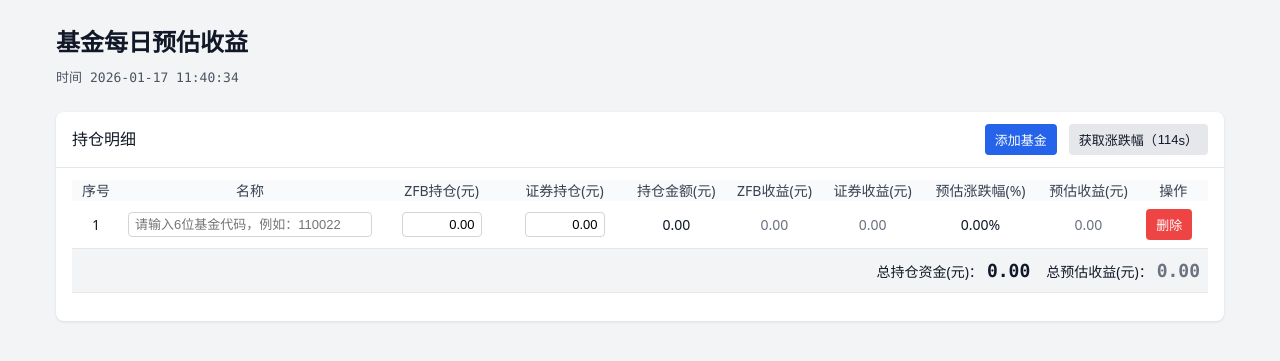
Repository: zt-boom/finance
Page: index.html
The author's editor kept a copy of each file at every save. The page is drawn from the files as they stood at one save, then again after the next save.
The browser window is 1280 px wide. The pictures show the whole page.
The pointer rests on the first visible `.fund-table tbody tr`.

Above is the page before, as saved 2026-01-17 15:03:50.

### index.html
<!DOCTYPE html>
<html lang="zh-CN">
<head>
<meta charset="UTF-8">
<title>基金每日预估收益</title>
<meta name="viewport" content="width=device-width,initial-scale=1">
<link rel="stylesheet" href="./style.css">
</head>
<body>
<div class="app">
<header class="app-header">
<h1>基金每日预估收益</h1>
<div class="date-row">
<span>时间</span>
<span id="current-date"></span>
</div>
</header>
<main class="app-main">
<section class="card">
<div class="card-header">
<h2>持仓明细</h2>
<div class="card-header-actions">
<button id="add-fund-btn" class="primary-button">添加基金</button>
<button id="fetch-percent-btn" class="secondary-button">
获取涨跌幅（<span id="auto-refresh-countdown">120</span>s）
</button>
</div>
</div>
<div class="card-body">
<div class="table-wrapper">
<table class="fund-table">
<thead>
<tr>
<th class="index-col">序号</th>
<th>名称</th>
<th>ZFB持仓(元)</th>
<th>证券持仓(元)</th>
<th>持仓金额(元)</th>
<th>ZFB收益(元)</th>
<th>证券收益(元)</th>
<th>预估涨跌幅(%)</th>
<th>预估收益(元)</th>
<th>操作</th>
</tr>
</thead>
<tbody id="fund-table-body"></tbody>
<tfoot>
<tr class="summary-row">
<td colspan="10">
<div class="summary-items">
<div class="summary-left">
<span>总持仓资金(元)：<strong id="total-amount">0.00</strong></span>
<span>总预估收益(元)：<strong id="total-profit">0.00</strong></span>
</div>
</div>
</td>
</tr>
</tfoot>
</table>
</div>
</div>
</section>
</main>
</div>
<script src="./main.js"></script>
</body>
</html>

### style.css
* {
box-sizing: border-box;
margin: 0;
padding: 0;
}

body {
font-family: system-ui, -apple-system, BlinkMacSystemFont, "Segoe UI", sans-serif;
background-color: #f3f4f6;
color: #111827;
line-height: 1.5;
}

.app {
max-width: 1200px;
margin: 0 auto;
padding: 24px 16px 40px;
}

.app-header {
display: flex;
flex-direction: column;
gap: 8px;
margin-bottom: 24px;
}

.app-header h1 {
font-size: 24px;
font-weight: 600;
color: #111827;
}

.date-row {
display: flex;
gap: 8px;
align-items: center;
font-size: 13px;
color: #4b5563;
}

.date-row span:last-child {
font-family: ui-monospace, SFMono-Regular, Menlo, Monaco, Consolas, "Liberation Mono", "Courier New", monospace;
font-variant-numeric: tabular-nums;
}

.app-main {
display: flex;
flex-direction: column;
gap: 16px;
}

.card {
background-color: #ffffff;
border-radius: 8px;
box-shadow: 0 1px 3px rgba(15, 23, 42, 0.1);
overflow: hidden;
}

.card-header {
display: flex;
justify-content: space-between;
align-items: center;
padding: 12px 16px;
border-bottom: 1px solid #e5e7eb;
}

.card-header h2 {
font-size: 16px;
font-weight: 500;
}

.card-header-actions {
display: flex;
align-items: center;
gap: 12px;
}

.card-body {
padding: 12px 16px 16px;
}

.table-wrapper {
overflow-x: auto;
margin-bottom: 12px;
}

.fund-table {
width: 100%;
border-collapse: collapse;
font-size: 14px;
}

.fund-table td {
border-bottom: 1px solid #e5e7eb;
padding: 8px;
text-align: left;
}

.fund-table th.index-col,
.fund-table td[data-role="row-index"] {
width: 48px;
text-align: center;
}

.fund-table td:nth-child(3),
.fund-table td:nth-child(4),
.fund-table td:nth-child(5),
.fund-table td:nth-child(6),
.fund-table td:nth-child(7),
.fund-table td:nth-child(8),
.fund-table td:nth-child(9) {
text-align: center;
white-space: nowrap;
}

.fund-table thead {
background-color: #f9fafb;
}

.fund-table th {
font-weight: 500;
color: #374151;
text-align: center;
}

.fund-table tbody tr:nth-child(even) {
background-color: #f9fafb;
}

.fund-table input {
width: 100%;
padding: 4px 6px;
font-size: 13px;
border-radius: 4px;
border: 1px solid #d1d5db;
outline: none;
text-align: right;
}

.fund-table input.narrow-number-input {
width: 80px;
margin: 0 auto;
}

.fund-table td:nth-child(2) input {
text-align: left;
}

.fund-table th:nth-child(2),
.fund-table td:nth-child(2) {
width: 260px;
}

.fund-table th:nth-child(10),
.fund-table td:nth-child(10) {
padding-left: 0;
text-align: center;
}

.fund-table input[type="number"]::-webkit-outer-spin-button,
.fund-table input[type="number"]::-webkit-inner-spin-button {
-webkit-appearance: none;
margin: 0;
}

.fund-table input[type="number"] {
-moz-appearance: textfield;
}

.fund-table input:focus {
border-color: #2563eb;
box-shadow: 0 0 0 1px rgba(37, 99, 235, 0.2);
}

.value-positive {
color: #ef4444;
}

.value-negative {
color: #10b981;
}

.value-zero {
color: #6b7280;
}

.summary-row td {
font-weight: 600;
color: #111827;
background-color: #f3f4f6;
}

.summary-items {
display: flex;
flex-wrap: wrap;
gap: 4px 16px;
justify-content: flex-end;
align-items: center;
}

#auto-refresh-countdown {
display: inline-block;
width: 3ch;
text-align: right;
}

.summary-items span {
font-weight: 500;
white-space: nowrap;
}

.summary-left {
display: flex;
flex-wrap: wrap;
gap: 4px 16px;
align-items: center;
}

.summary-items span strong {
font-size: 18px;
margin-left: 4px;
font-family: ui-monospace, SFMono-Regular, Menlo, Monaco, Consolas, "Liberation Mono", "Courier New", monospace;
}

#total-amount {
color: #111827;
}

.primary-button,
.secondary-button,
.danger-button {
border-radius: 4px;
border: none;
cursor: pointer;
font-size: 13px;
padding: 6px 10px;
display: flex;
align-items: center;
justify-content: center;
}

.primary-button {
background-color: #2563eb;
color: #ffffff;
}

.primary-button:hover {
background-color: #1d4ed8;
}

.secondary-button {
background-color: #e5e7eb;
color: #111827;
}

.secondary-button:hover {
background-color: #d1d5db;
}

.danger-button {
background-color: #ef4444;
color: #ffffff;
margin: 0 auto;
}

.danger-button:hover {
background-color: #dc2626;
}

.actions-row {
display: none;
}

.instructions {
font-size: 13px;
color: #4b5563;
}

.instructions ol {
padding-left: 18px;
display: flex;
flex-direction: column;
gap: 4px;
}

@media (max-width: 640px) {
.app {
padding-inline: 12px;
}
.card-header {
flex-direction: column;
gap: 8px;
align-items: flex-start;
}
}

### main.js
const STORAGE_KEY = "fund_holdings_v1";

function formatCurrency(value) {
if (Number.isNaN(value)) return "0.00";
return value.toFixed(2);
}

function formatNumber(value) {
if (Number.isNaN(value)) return "";
return value.toFixed(2);
}

function getTodayDateString() {
const now = new Date();
const year = String(now.getFullYear());
const month = String(now.getMonth() + 1).padStart(2, "0");
const day = String(now.getDate()).padStart(2, "0");
const hours = String(now.getHours()).padStart(2, "0");
const minutes = String(now.getMinutes()).padStart(2, "0");
const seconds = String(now.getSeconds()).padStart(2, "0");
return `${year}-${month}-${day} ${hours}:${minutes}:${seconds}`;
}

const fundJsonpRequests = [];

function ensureJsonpHandler() {
if (window._fundJsonpInitialized) {
return;
}
window._fundJsonpInitialized = true;
window.jsonpgz = function (data) {
if (!data || !data.fundcode) {
return;
}
const code = data.fundcode;
while (true) {
let index = -1;
for (let i = 0; i < fundJsonpRequests.length; i += 1) {
if (fundJsonpRequests[i].code === code) {
index = i;
break;
}
}
if (index === -1) {
break;
}
const request = fundJsonpRequests.splice(index, 1)[0];
try {
const value = request.transform ? request.transform(data) : data;
request.resolve(value);
} catch (e) {
if (request.reject) {
if (e instanceof Error) {
request.reject(e);
} else {
request.reject(new Error("解析基金数据失败"));
}
}
}
}
};
}

function fetchFundEstimate(code) {
return new Promise((resolve, reject) => {
if (!code) {
reject(new Error("缺少基金代码"));
return;
}
ensureJsonpHandler();
fundJsonpRequests.push({
code,
resolve,
reject,
transform: data => {
const percent = parseFloat(data.gszzl);
if (Number.isNaN(percent)) {
throw new Error("无效的涨跌幅数据");
}
return percent;
}
});
const script = document.createElement("script");
script.src = `https://fundgz.1234567.com.cn/js/${code}.js?rt=${Date.now()}`;
script.onerror = () => {
for (let i = 0; i < fundJsonpRequests.length; i += 1) {
if (fundJsonpRequests[i].code === code) {
const request = fundJsonpRequests.splice(i, 1)[0];
request.reject(new Error("获取基金数据失败"));
break;
}
}
};
document.body.appendChild(script);
});
}

function fetchFundInfo(code) {
return new Promise((resolve, reject) => {
if (!code) {
reject(new Error("缺少基金代码"));
return;
}
ensureJsonpHandler();
fundJsonpRequests.push({
code,
resolve,
reject,
transform: data => data
});
const script = document.createElement("script");
script.src = `https://fundgz.1234567.com.cn/js/${code}.js?rt=${Date.now()}`;
script.onerror = () => {
for (let i = 0; i < fundJsonpRequests.length; i += 1) {
if (fundJsonpRequests[i].code === code) {
const request = fundJsonpRequests.splice(i, 1)[0];
request.reject(new Error("获取基金数据失败"));
break;
}
}
};
document.body.appendChild(script);
});
}

function parseFundCodeFromName(name) {
if (!name) return null;
const match = name.match(/(\d{6})/);
if (!match) {
return null;
}
return match[1];
}

function loadHoldingsFromStorage() {
try {
const raw = window.localStorage.getItem(STORAGE_KEY);
if (!raw) return [];
const parsed = JSON.parse(raw);
if (!Array.isArray(parsed)) return [];
return parsed;
} catch (e) {
return [];
}
}

function saveHoldingsToStorage(holdings) {
try {
const serialized = JSON.stringify(holdings);
window.localStorage.setItem(STORAGE_KEY, serialized);
} catch (e) {
}
}

function createTableRow(fund) {
const tr = document.createElement("tr");
const indexTd = document.createElement("td");
const nameTd = document.createElement("td");
const zfbAmountTd = document.createElement("td");
const stockAmountTd = document.createElement("td");
const amountTd = document.createElement("td");
const zfbProfitTd = document.createElement("td");
const stockProfitTd = document.createElement("td");
const percentTd = document.createElement("td");
const profitTd = document.createElement("td");
const actionsTd = document.createElement("td");
const nameInput = document.createElement("input");
nameInput.type = "text";
nameInput.value = fund.name || "";
nameInput.placeholder = "请输入6位基金代码，例如：110022";
nameInput.addEventListener("change", handleStorageUpdate);
nameInput.addEventListener("keydown", event => {
if (event.key === "Enter") {
event.preventDefault();
const raw = nameInput.value.trim();
const code = parseFundCodeFromName(raw);
if (!code) {
window.alert("请先输入6位基金代码");
return;
}
const rows = document.querySelectorAll('tr[data-role="fund-row"]');
let duplicate = false;
rows.forEach(row => {
const inputs = row.querySelectorAll("input");
const otherNameInput = inputs[0];
if (!otherNameInput || otherNameInput === nameInput) {
return;
}
const otherCode = parseFundCodeFromName(otherNameInput.value.trim());
if (otherCode && otherCode === code) {
duplicate = true;
}
});
if (duplicate) {
window.alert("该基金代码已存在，请不要重复添加");
return;
}
nameInput.disabled = true;
fetchFundInfo(code).then(data => {
nameInput.disabled = false;
if (!data || !data.name) {
window.alert("未能获取基金名称，请检查基金代码");
return;
}
nameInput.value = `${code}  ${data.name}`;
handleStorageUpdate();
}).catch(() => {
nameInput.disabled = false;
window.alert("未能获取基金名称，请检查基金代码或网络连接");
});
}
});
const zfbInput = document.createElement("input");
zfbInput.type = "number";
zfbInput.step = "0.01";
zfbInput.min = "0";
zfbInput.value = fund.zfbAmount != null ? formatCurrency(Number(fund.zfbAmount)) : "0.00";
zfbInput.addEventListener("blur", () => {
const value = parseFloat(zfbInput.value);
const normalized = Number.isNaN(value) ? 0 : value;
zfbInput.value = formatCurrency(normalized);
});
zfbInput.addEventListener("input", () => {
calculateProfit();
});
zfbInput.addEventListener("change", () => {
handleStorageUpdate();
calculateProfit();
});
zfbInput.className = "narrow-number-input";
const stockInput = document.createElement("input");
stockInput.type = "number";
stockInput.step = "0.01";
stockInput.min = "0";
stockInput.value = fund.stockAmount != null ? formatCurrency(Number(fund.stockAmount)) : "0.00";
stockInput.addEventListener("blur", () => {
const value = parseFloat(stockInput.value);
const normalized = Number.isNaN(value) ? 0 : value;
stockInput.value = formatCurrency(normalized);
});
stockInput.addEventListener("input", () => {
calculateProfit();
});
stockInput.addEventListener("change", () => {
handleStorageUpdate();
calculateProfit();
});
stockInput.className = "narrow-number-input";
const amountSpan = document.createElement("span");
amountSpan.dataset.role = "amount-display";
amountSpan.textContent = "0.00";
const zfbProfitSpan = document.createElement("span");
zfbProfitSpan.textContent = "0.00";
const stockProfitSpan = document.createElement("span");
stockProfitSpan.textContent = "0.00";
const percentSpan = document.createElement("span");
percentSpan.textContent = "0.00%";
const profitSpan = document.createElement("span");
profitSpan.textContent = "0.00";
const deleteButton = document.createElement("button");
deleteButton.textContent = "删除";
deleteButton.className = "danger-button";
deleteButton.addEventListener("click", () => {
const inputs = tr.querySelectorAll("input");
const nameValue = inputs[0] ? inputs[0].value.trim() : "";
const zfbValue = inputs[1] ? inputs[1].value.trim() : "";
const stockValue = inputs[2] ? inputs[2].value.trim() : "";
const isEmptyRow = !nameValue && !zfbValue && !stockValue;
if (!isEmptyRow) {
const confirmed = window.confirm("确定要删除这条持仓记录吗？");
if (!confirmed) {
return;
}
}
tr.remove();
handleStorageUpdate();
calculateProfit();
updateRowIndices();
});
indexTd.dataset.role = "row-index";
zfbProfitTd.dataset.role = "zfb-profit-cell";
stockProfitTd.dataset.role = "stock-profit-cell";
percentTd.dataset.role = "percent-cell";
profitTd.dataset.role = "profit-cell";
nameTd.appendChild(nameInput);
zfbAmountTd.appendChild(zfbInput);
stockAmountTd.appendChild(stockInput);
amountTd.appendChild(amountSpan);
zfbProfitTd.appendChild(zfbProfitSpan);
stockProfitTd.appendChild(stockProfitSpan);
percentTd.appendChild(percentSpan);
profitTd.appendChild(profitSpan);
actionsTd.appendChild(deleteButton);
tr.appendChild(indexTd);
tr.appendChild(nameTd);
tr.appendChild(zfbAmountTd);
tr.appendChild(stockAmountTd);
tr.appendChild(amountTd);
tr.appendChild(zfbProfitTd);
tr.appendChild(stockProfitTd);
tr.appendChild(percentTd);
tr.appendChild(profitTd);
tr.appendChild(actionsTd);
tr.dataset.role = "fund-row";
return tr;
}

function readHoldingsFromTable() {
const rows = document.querySelectorAll('tr[data-role="fund-row"]');
const holdings = [];
rows.forEach(row => {
const inputs = row.querySelectorAll("input");
const nameInput = inputs[0];
const zfbInput = inputs[1];
const stockInput = inputs[2];
const name = nameInput.value.trim();
const zfbAmount = parseFloat(zfbInput.value);
const stockAmount = parseFloat(stockInput.value);
const hasZfb = !Number.isNaN(zfbAmount) && zfbAmount > 0;
const hasStock = !Number.isNaN(stockAmount) && stockAmount > 0;
if (!name && !hasZfb && !hasStock) {
return;
}
holdings.push({
name,
zfbAmount: hasZfb ? zfbAmount : 0,
stockAmount: hasStock ? stockAmount : 0
});
});
return holdings;
}

function handleStorageUpdate() {
const holdings = readHoldingsFromTable();
saveHoldingsToStorage(holdings);
}

function populateTableFromStorage() {
const tbody = document.getElementById("fund-table-body");
tbody.innerHTML = "";
const holdings = loadHoldingsFromStorage();
if (holdings.length === 0) {
const row = createTableRow({ name: "", zfbAmount: null, stockAmount: null });
tbody.appendChild(row);
updateRowIndices();
calculateProfit();
return;
}
holdings.forEach(fund => {
const row = createTableRow({
name: fund.name || "",
zfbAmount: fund.zfbAmount != null ? fund.zfbAmount : null,
stockAmount: fund.stockAmount != null ? fund.stockAmount : null
});
tbody.appendChild(row);
});
updateRowIndices();
calculateProfit();
}

function calculateProfit() {
const rows = document.querySelectorAll('tr[data-role="fund-row"]');
let totalProfit = 0;
let totalHoldingAmount = 0;
rows.forEach(row => {
const inputs = row.querySelectorAll("input");
const zfbInput = inputs[1];
const stockInput = inputs[2];
const amountSpan = row.querySelector('span[data-role="amount-display"]');
const percentCell = row.querySelector('td[data-role="percent-cell"] span');
const profitCell = row.querySelector('td[data-role="profit-cell"] span');
const zfbProfitCell = row.querySelector('td[data-role="zfb-profit-cell"] span');
const stockProfitCell = row.querySelector('td[data-role="stock-profit-cell"] span');
const zfbAmount = zfbInput ? parseFloat(zfbInput.value) : NaN;
const stockAmount = stockInput ? parseFloat(stockInput.value) : NaN;
const normalizedZfb = Number.isNaN(zfbAmount) ? 0 : zfbAmount;
const normalizedStock = Number.isNaN(stockAmount) ? 0 : stockAmount;
const amount = normalizedZfb + normalizedStock;
const percent = percentCell ? parseFloat(percentCell.textContent) : NaN;
if (amountSpan) {
amountSpan.textContent = formatCurrency(amount);
}
if (amount > 0) {
totalHoldingAmount += amount;
}
if (amount <= 0 || Number.isNaN(percent)) {
if (zfbProfitCell) {
zfbProfitCell.textContent = "0.00";
applyProfitColor(zfbProfitCell, 0);
}
if (stockProfitCell) {
stockProfitCell.textContent = "0.00";
applyProfitColor(stockProfitCell, 0);
}
if (profitCell) {
profitCell.textContent = "0.00";
applyProfitColor(profitCell, 0);
}
return;
}
const zfbProfit = normalizedZfb * percent / 100;
const stockProfit = normalizedStock * percent / 100;
const profit = zfbProfit + stockProfit;
totalProfit += profit;
if (zfbProfitCell) {
zfbProfitCell.textContent = formatCurrency(zfbProfit);
applyProfitColor(zfbProfitCell, zfbProfit);
}
if (stockProfitCell) {
stockProfitCell.textContent = formatCurrency(stockProfit);
applyProfitColor(stockProfitCell, stockProfit);
}
if (profitCell) {
profitCell.textContent = formatCurrency(profit);
applyProfitColor(profitCell, profit);
}
});
const totalAmountElement = document.getElementById("total-amount");
if (totalAmountElement) {
totalAmountElement.textContent = formatCurrency(totalHoldingAmount);
}
const totalProfitElement = document.getElementById("total-profit");
totalProfitElement.textContent = formatCurrency(totalProfit);
applyProfitColor(totalProfitElement, totalProfit);
}

function autoFetchPercentages(options) {
const useButton = !options || options.useButton !== false;
const showAlert = !options || options.showAlert !== false;
const rows = document.querySelectorAll('tr[data-role="fund-row"]');
const promises = [];
rows.forEach(row => {
const inputs = row.querySelectorAll("input");
const nameInput = inputs[0];
const name = nameInput ? nameInput.value.trim() : "";
const code = parseFundCodeFromName(name);
if (!code) {
return;
}
const percentCell = row.querySelector('td[data-role="percent-cell"] span');
if (!percentCell) {
return;
}
const promise = fetchFundEstimate(code).then(percent => {
const value = formatNumber(percent);
percentCell.textContent = `${value}%`;
return true;
}).catch(() => false);
promises.push(promise);
});
if (promises.length === 0) {
if (showAlert) {
window.alert("请先在名称中输入包含6位基金代码的内容");
}
return;
}
const fetchButton = useButton ? document.getElementById("fetch-percent-btn") : null;
if (fetchButton) {
fetchButton.disabled = true;
}
Promise.all(promises).then(results => {
const successCount = results.filter(Boolean).length;
if (fetchButton) {
fetchButton.disabled = false;
}
if (successCount === 0) {
if (showAlert) {
window.alert("未能获取任何基金的预估涨跌幅，请检查基金代码或网络连接");
}
return;
}
calculateProfit();
});
}

function applyProfitColor(element, value) {
if (!element) {
return;
}
element.classList.remove("value-positive", "value-negative", "value-zero");
if (Number.isNaN(value)) {
return;
}
if (value > 0) {
element.classList.add("value-positive");
} else if (value < 0) {
element.classList.add("value-negative");
} else {
element.classList.add("value-zero");
}
}

function initApp() {
const dateElement = document.getElementById("current-date");
if (dateElement) {
dateElement.textContent = getTodayDateString();
}
populateTableFromStorage();
const addFundButton = document.getElementById("add-fund-btn");
const fetchPercentButton = document.getElementById("fetch-percent-btn");
const countdownElement = document.getElementById("auto-refresh-countdown");
const autoRefreshSeconds = 120;
let remainingSeconds = autoRefreshSeconds;
function updateCountdown() {
if (countdownElement) {
countdownElement.textContent = String(remainingSeconds);
}
}
function resetCountdown() {
remainingSeconds = autoRefreshSeconds;
updateCountdown();
}
updateCountdown();
if (addFundButton) {
addFundButton.addEventListener("click", () => {
const tbody = document.getElementById("fund-table-body");
const row = createTableRow({ name: "", amount: null });
tbody.appendChild(row);
updateRowIndices();
});
}
if (fetchPercentButton) {
fetchPercentButton.addEventListener("click", () => {
autoFetchPercentages({ useButton: true, showAlert: true });
resetCountdown();
});
}
if (dateElement) {
setInterval(() => {
dateElement.textContent = getTodayDateString();
}, 1000);
}
setInterval(() => {
remainingSeconds -= 1;
if (remainingSeconds <= 0) {
autoFetchPercentages({ useButton: false, showAlert: false });
remainingSeconds = autoRefreshSeconds;
}
updateCountdown();
}, 1000);
}

function updateRowIndices() {
const rows = document.querySelectorAll('tr[data-role="fund-row"]');
rows.forEach((row, index) => {
const indexCell = row.querySelector('td[data-role="row-index"]');
if (indexCell) {
indexCell.textContent = String(index + 1);
}
});
}

if (document.readyState === "loading") {
document.addEventListener("DOMContentLoaded", initApp);
} else {
initApp();
}

After the next save:
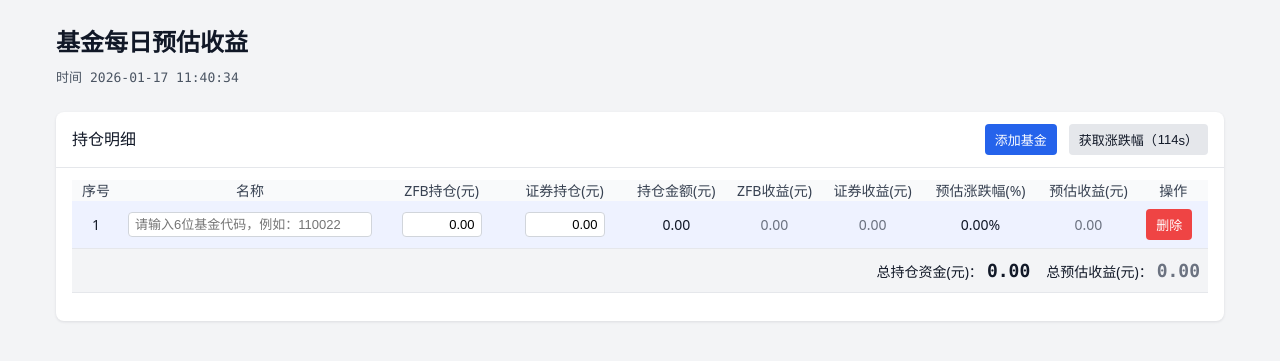
Saved 3 min 16 s later.
--- a/style.css
+++ b/style.css
@@ -127,6 +127,10 @@ text-align: center;
 background-color: #f9fafb;
 }
 
+.fund-table tbody tr:hover {
+background-color: #eef2ff;
+}
+
 .fund-table input {
 width: 100%;
 padding: 4px 6px;
